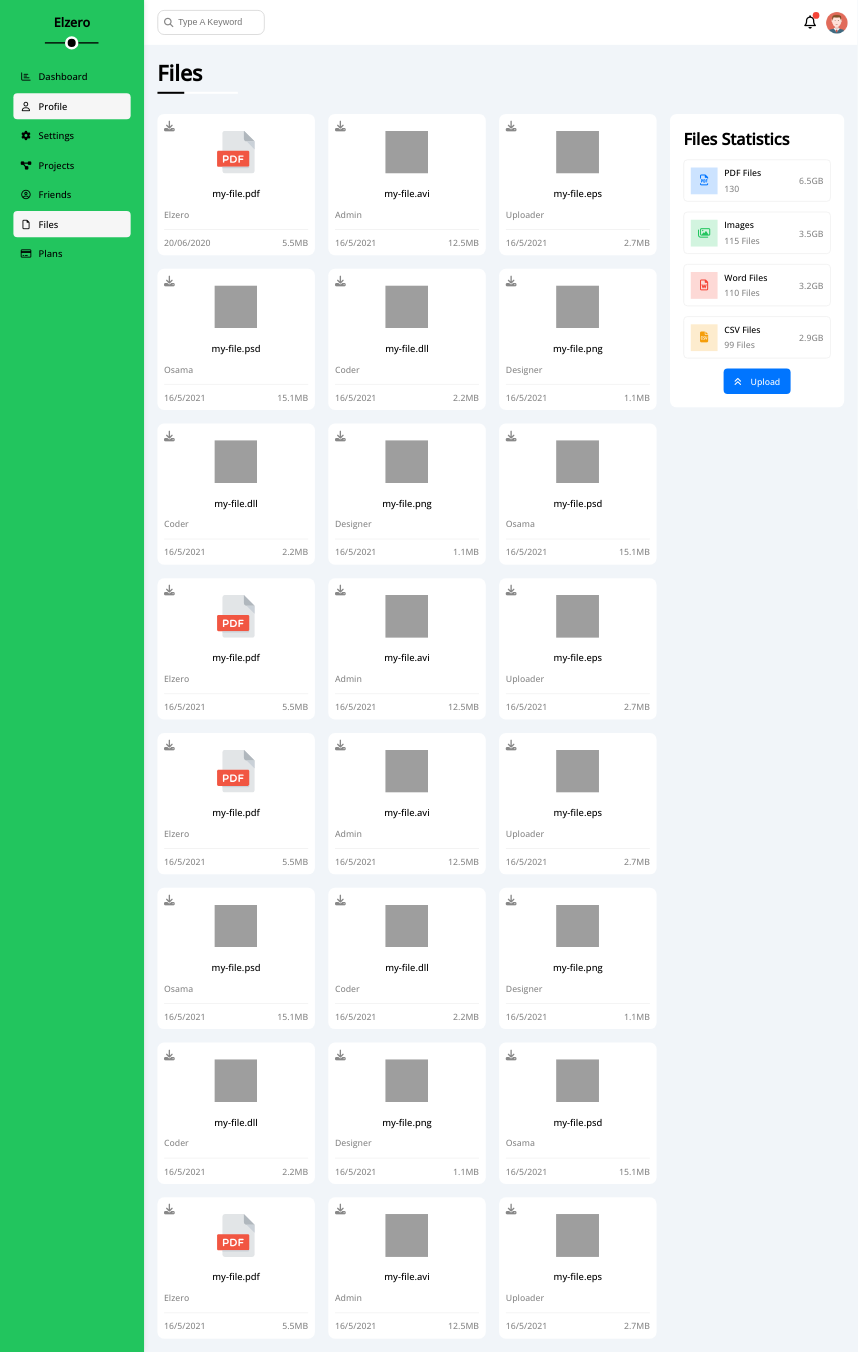
Repository: souhailaniba/Bookly
Page: public/assets/books webstie/files.html
These files come from the project's save history. The page is drawn as it stood at one moment and after the next save; the edit follows.
The browser window is 1280 px wide. The pictures show the whole page, at 67% of full size.
Pictures or frames that could not be fetched are drawn as grey boxes.

Above is the page before, as saved 2023-01-27 15:12:35.

After the next save:
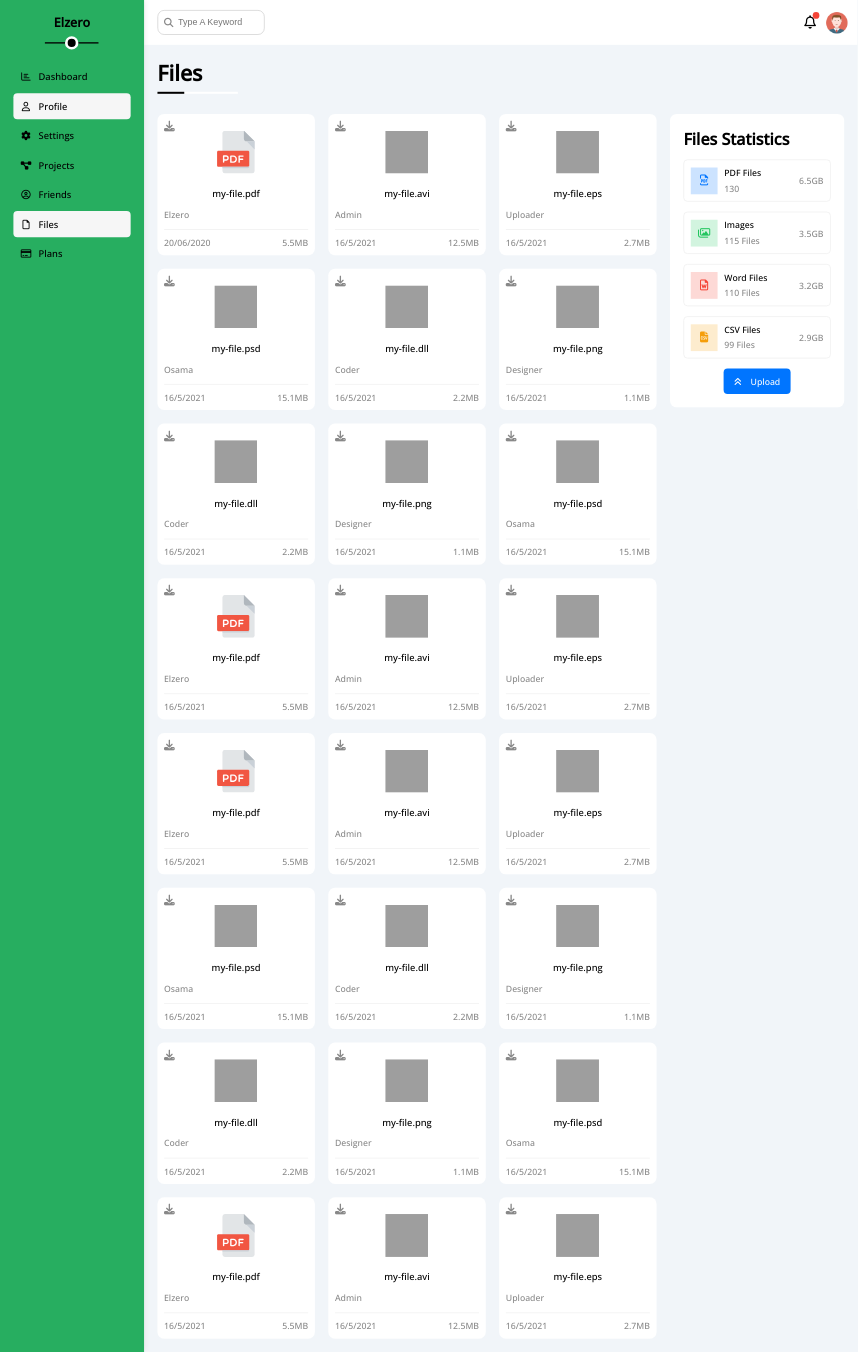
Saved 16 s later.
--- a/public/assets/books webstie/files.html
+++ b/public/assets/books webstie/files.html
@@ -14,7 +14,7 @@
   </head>
   <body>
     <div class="page d-flex">
-      <div class="sidebar bg-green p-20 p-relative">
+      <div class="sidebar bg-green p-20 p-relative" style="background-color: #27ae60;">
         <h3 class="p-relative txt-c mt-0">Elzero</h3>
         <ul>
           <li>
